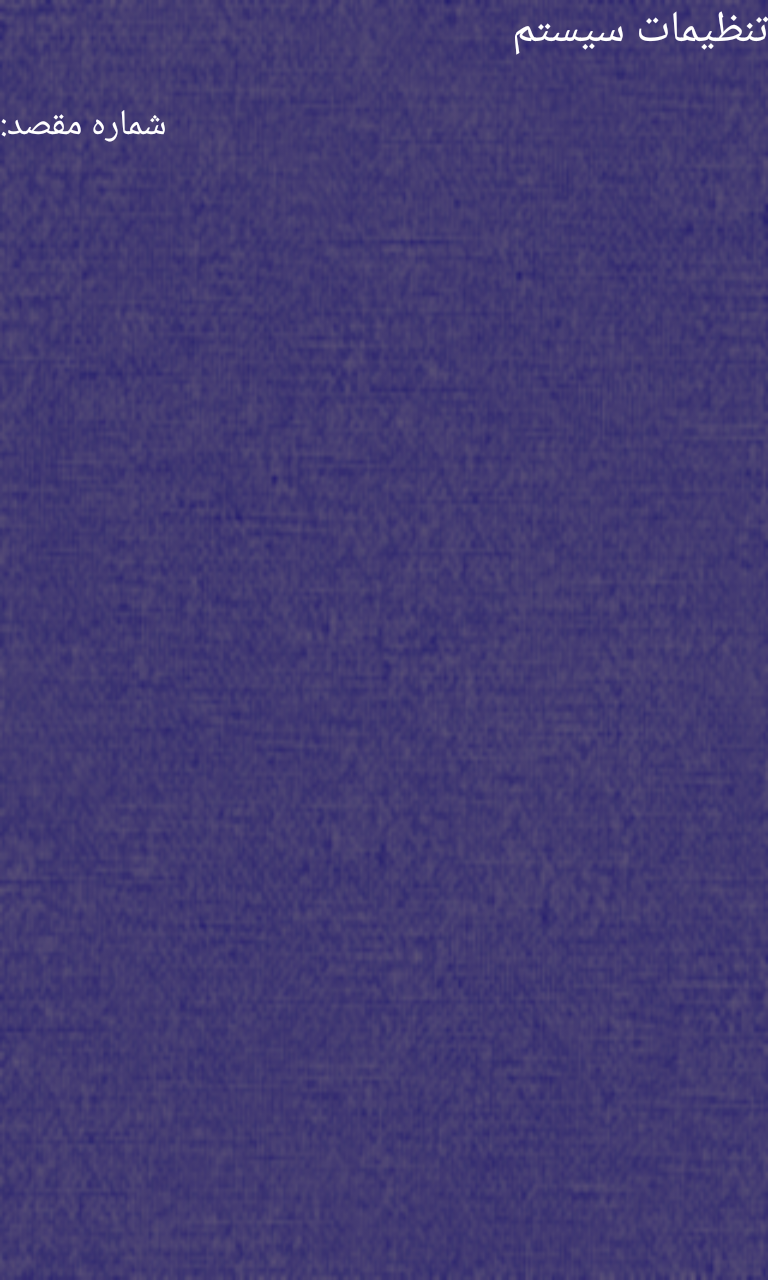
Repository: samanamp/RR-Controller
Layout: RRC app/res/layout/activity_system_setting.xml
These files come from the project's save history. The layout is drawn as it stood at one moment and after the next save; the edit follows.
It is drawn on a 768 x 1280 px phone screen (xhdpi) without system bars, with theme AppTheme; the app's code is not run.

Above is the layout before, as saved 2012-08-09 21:39:18.

### RRC app/res/layout/activity_system_setting.xml
<RelativeLayout xmlns:android="http://schemas.android.com/apk/res/android"
    xmlns:tools="http://schemas.android.com/tools"
    android:layout_width="match_parent"
    android:layout_height="match_parent"
    android:background="@drawable/bg_menu" >

    <TextView
        android:id="@+id/textView1"
        android:layout_width="wrap_content"
        android:layout_height="wrap_content"
        android:layout_alignParentRight="true"
        android:layout_alignParentTop="true"
        android:textColor="#ffffff"
        android:text="تنظیمات سیستم"
        android:textAppearance="?android:attr/textAppearanceLarge" />

    <TextView
        android:id="@+id/textView2"
        android:layout_width="wrap_content"
        android:layout_height="wrap_content"
        android:layout_alignParentLeft="true"
        android:layout_below="@+id/textView1"
        android:layout_marginTop="20dp"
        android:textColor="#ffffff"
        android:text="شماره مقصد:"
        android:textAppearance="?android:attr/textAppearanceMedium" />

</RelativeLayout>

Loaded but not shown: RRC app/res/values/styles.xml (common file)

After the next save:
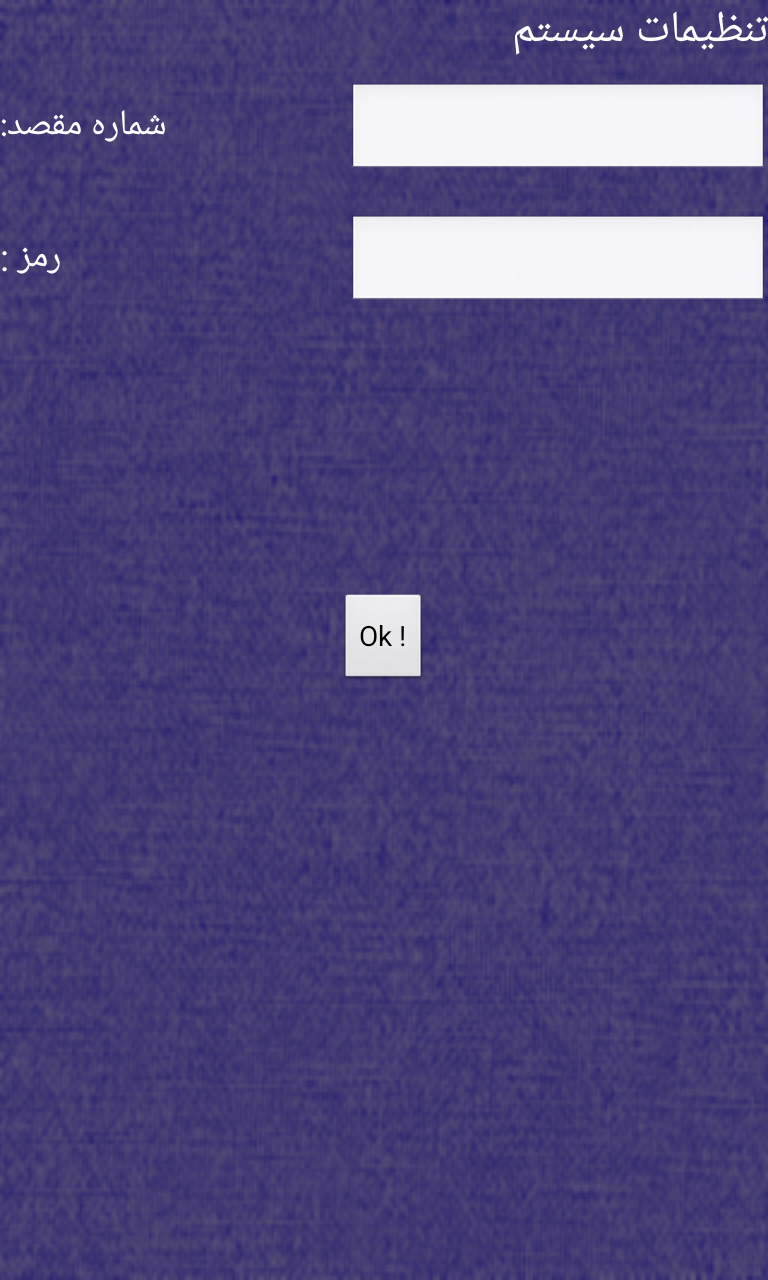
Saved 4 min 9 s later.
--- a/RRC app/res/layout/activity_system_setting.xml
+++ b/RRC app/res/layout/activity_system_setting.xml
@@ -25,4 +25,42 @@
         android:text="شماره مقصد:"
         android:textAppearance="?android:attr/textAppearanceMedium" />
 
+    <EditText
+        android:id="@+id/editText1"
+        android:layout_width="wrap_content"
+        android:layout_height="wrap_content"
+        android:layout_alignBaseline="@+id/textView2"
+        android:layout_alignBottom="@+id/textView2"
+        android:layout_alignParentRight="true"
+        android:ems="10" />
+
+    <TextView
+        android:id="@+id/textView3"
+        android:layout_width="wrap_content"
+        android:layout_height="wrap_content"
+        android:layout_alignParentLeft="true"
+        android:layout_below="@+id/editText1"
+        android:layout_marginTop="27dp"
+        android:text="رمز :"
+        android:textAppearance="?android:attr/textAppearanceMedium"
+        android:textColor="#ffffff" />
+
+    <EditText
+        android:id="@+id/editText2"
+        android:layout_width="wrap_content"
+        android:layout_height="wrap_content"
+        android:layout_alignBaseline="@+id/textView3"
+        android:layout_alignBottom="@+id/textView3"
+        android:layout_alignParentRight="true"
+        android:ems="10" />
+
+    <Button
+        android:id="@+id/button1"
+        android:layout_width="wrap_content"
+        android:layout_height="wrap_content"
+        android:layout_centerHorizontal="true"
+        android:layout_centerVertical="true"
+        android:text="Ok !"
+        android:onClick="changeSettings"/>
+
 </RelativeLayout>
